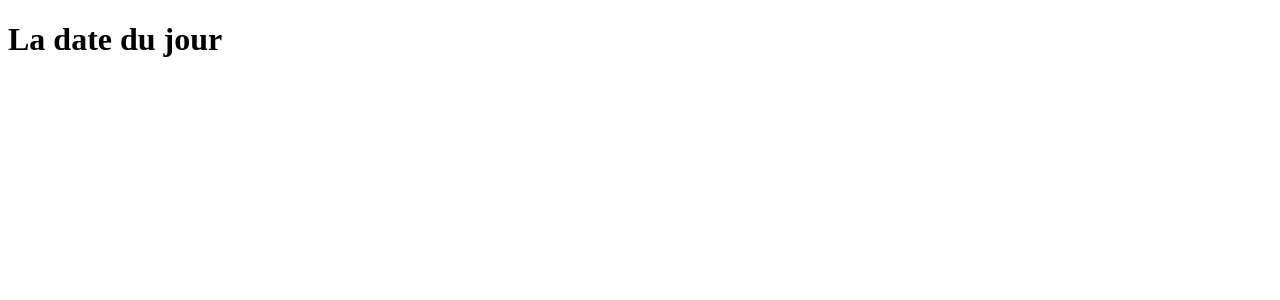
Repository: lemzoo/Formation_JEE
Page: http://localhost/FirstProject/DateDuJour.jsp
The author's editor kept a copy of each file at every save. The page is drawn from the files as they stood at one save, then again after the next save.
The browser window is 1280 px wide. The pictures show the whole page.
The page is served by Tomcat 9. Other server files are loaded and not shown.

Above is the page before, as saved 2016-06-17 09:41:21.

### FirstProject/WebContent/DateDuJour.jsp
<%@ page language="java" contentType="text/html; charset=ISO-8859-1"
    pageEncoding="ISO-8859-1" import="java.util.Date"%>
<!DOCTYPE html PUBLIC "-//W3C//DTD HTML 4.01 Transitional//EN" "http://www.w3.org/TR/html4/loose.dtd">
<html>
<head>
<meta http-equiv="Content-Type" content="text/html; charset=ISO-8859-1">
<title>Insert title here</title>
</head>
<body>
	<h1>La date du jour</h1>
</body>
</html>

After the next save:
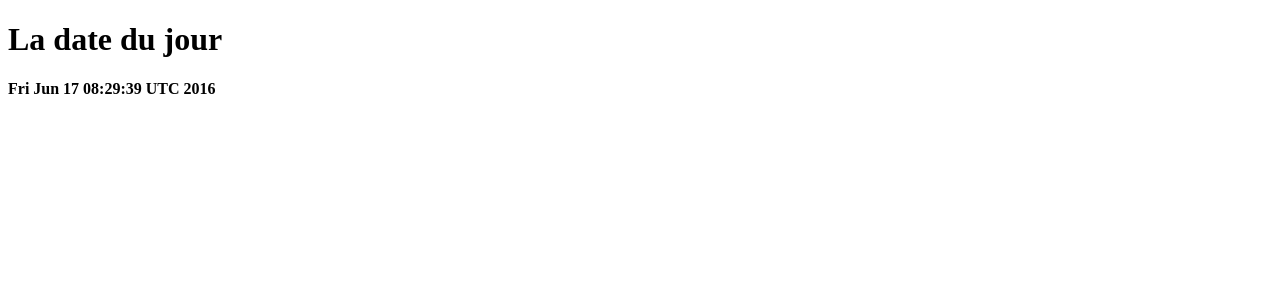
Saved 24 s later.
--- a/FirstProject/WebContent/DateDuJour.jsp
+++ b/FirstProject/WebContent/DateDuJour.jsp
@@ -8,5 +8,6 @@
 </head>
 <body>
 	<h1>La date du jour</h1>
+	<strong><%= new Date()%></strong>
 </body>
 </html>
